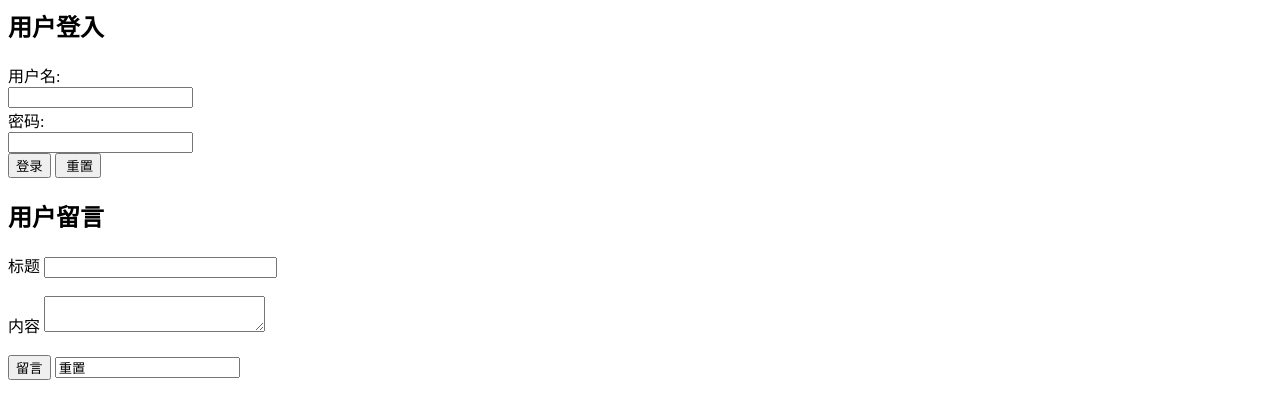
Repository: wikelgc/JSP
Page: http://localhost/chapter_four/
The author's editor kept a copy of each file at every save. The page is drawn from the files as they stood at one save, then again after the next save.
The browser window is 1280 px wide. The pictures show the whole page.
The page is served by Tomcat 9. Other server files are loaded and not shown.

Above is the page before, as saved 2015-05-29 08:51:45.

### chapter_four/WebRoot/index.jsp
<%@page contentType="text/html; charset=UTF-8" language="java"%>
<html>
	<head>
	 	<h2>用户登入</h2>
	</head>
	<body>
		<div>
			<form action=" doLogon.jsp">
				用户名:<br>
				<input type = "text" name = "name"><br>
				密码:<br>
				<input type = "passWord" name = "password"><br>

				<input type = "submit" value="登录">
				<input type = "reset" value=" 重置">
			</form>
		</div>

		<div>
			<form>
			<h2>用户留言</h2>
			标题
			<input type = "text" name = "title" size = "26"><br><br>
			内容
			<textarea type = "content" row = "5" cols = "25" ></textarea><br><br>
			<input type = "submit" value = "留言">
			<input type = "content" value = "重置">
			</form>

		</div>
	</body>
</html>

After the next save:
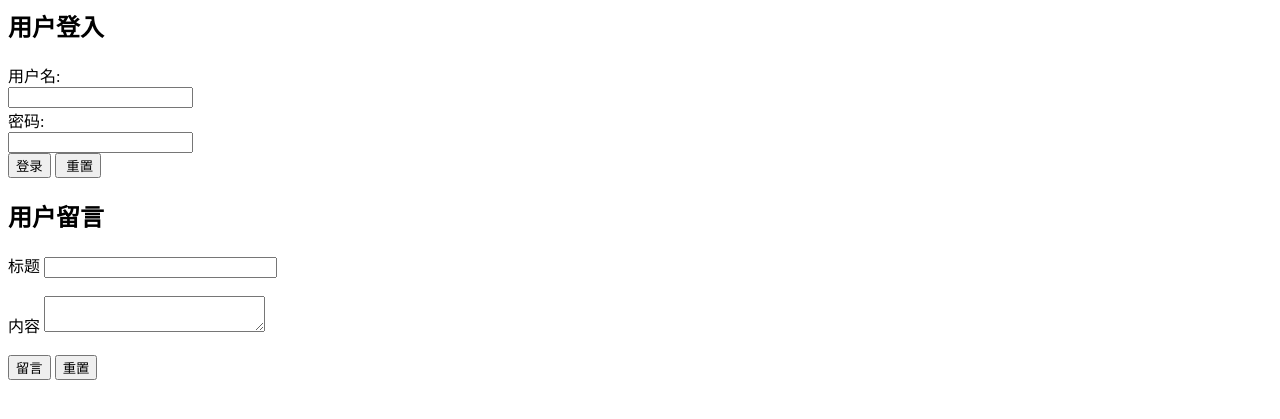
Saved 8 min 20 s later.
--- a/chapter_four/WebRoot/index.jsp
+++ b/chapter_four/WebRoot/index.jsp
@@ -24,7 +24,7 @@
 			内容
 			<textarea type = "content" row = "5" cols = "25" ></textarea><br><br>
 			<input type = "submit" value = "留言">
-			<input type = "content" value = "重置">
+			<input type = "reset" value = "重置">
 			</form>
 
 		</div>
